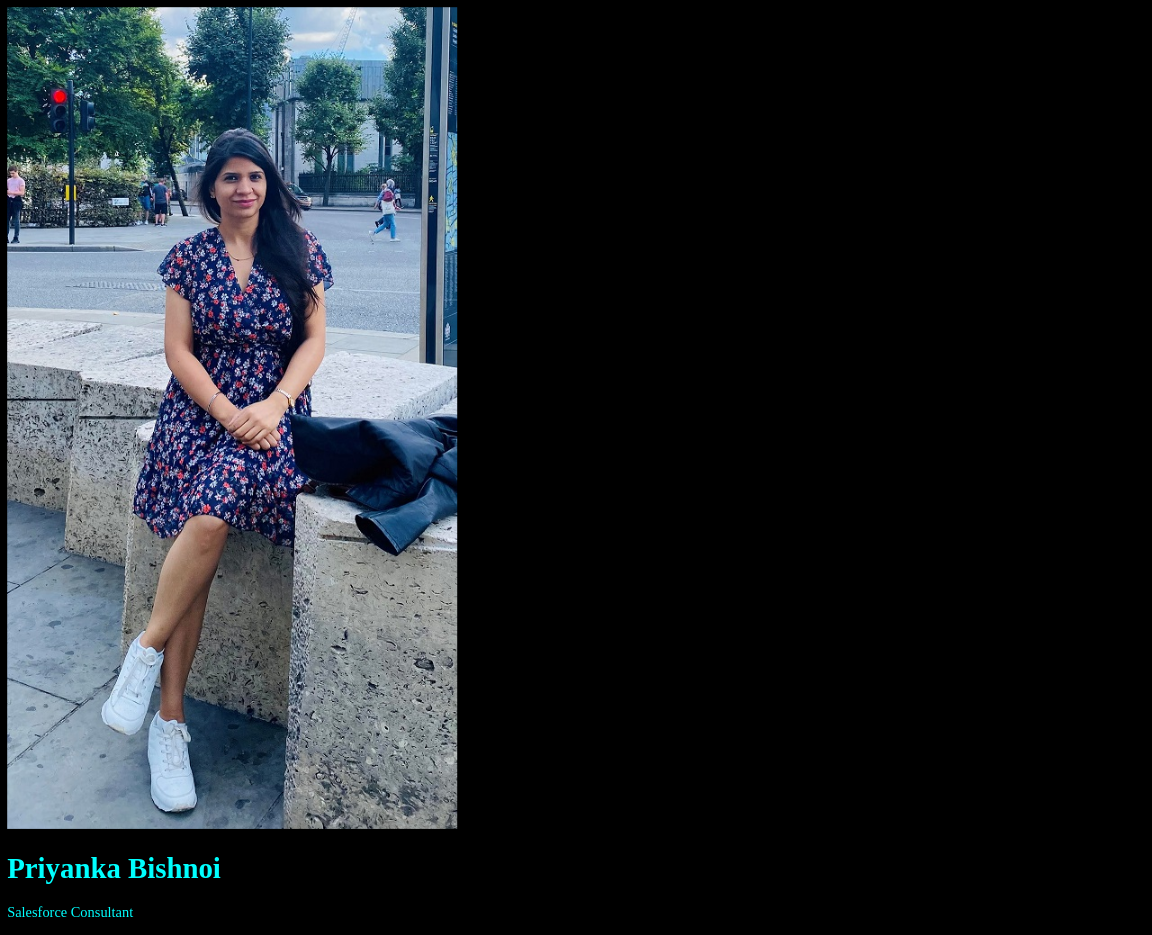
Repository: priyanka-bishnoi/PortfolioPage
Page: MyPage.html
An editor plug-in stored every save of this project. The page is shown before and after the next save, followed by the edit.
The browser window is 1280 px wide. The pictures show the whole page, at 90% of full size.

Above is the page before, as saved 2022-10-07 00:06:08.
Not found: css/style.css

After the next save:
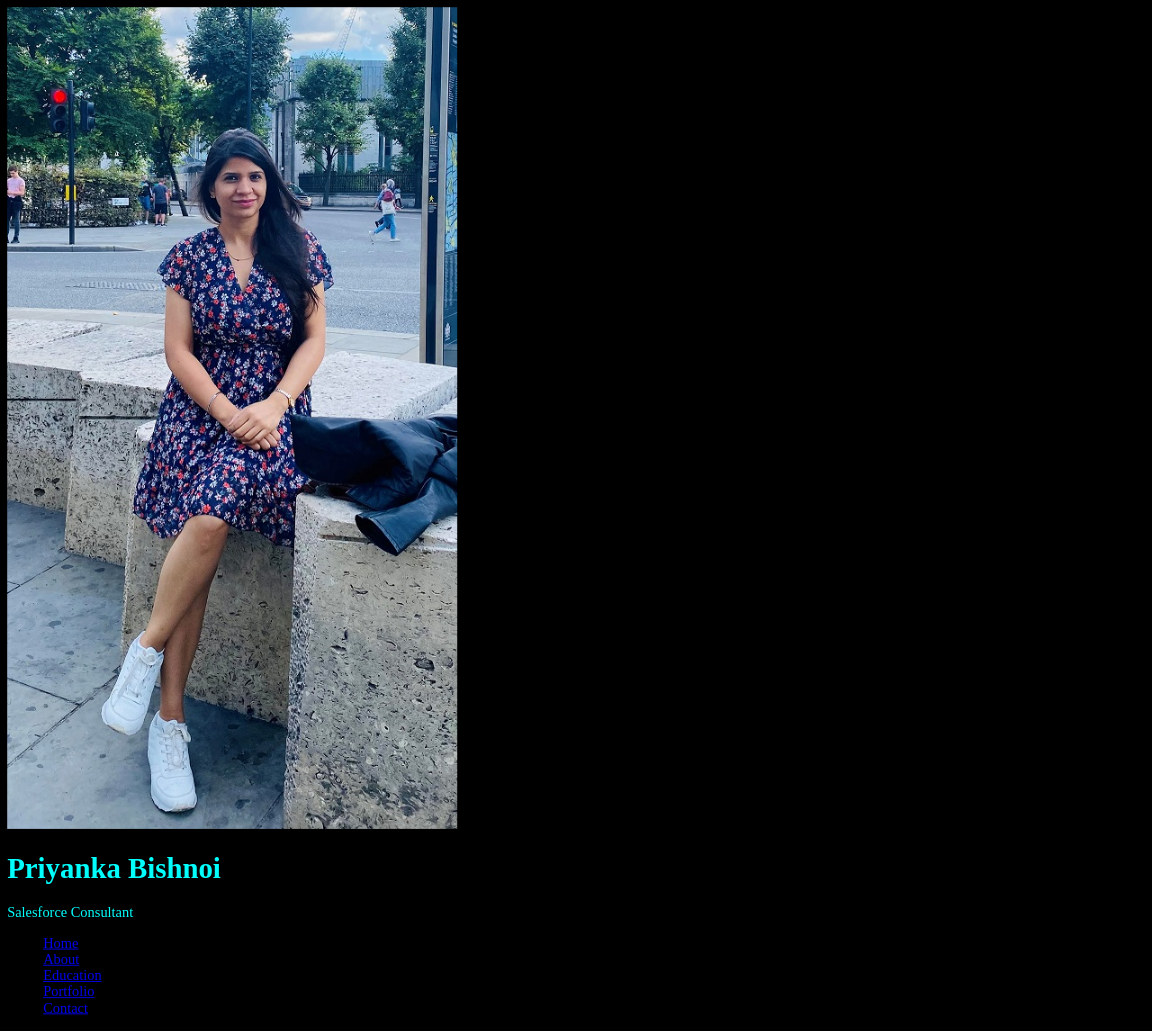
Saved 3 min 9 s later.
--- a/MyPage.html
+++ b/MyPage.html
@@ -16,6 +16,20 @@ body {
         <p class="post" style="color:aqua">Salesforce Consultant</p>
     </div>
 
+    <nav class="navBar">
+        <ul>
+            <li> <a href="#home">Home</a></li>
+            <li> <a href="#about">About</a></li>
+            <li> <a href="#education">Education</a></li>
+            <li> <a href="#portfolio">Portfolio</a></li>
+            <li> <a href="#contact">Contact</a></li>
+
+        </ul>
+
+
+    </nav>
+
+
 </header>
 </body>
 </html>
